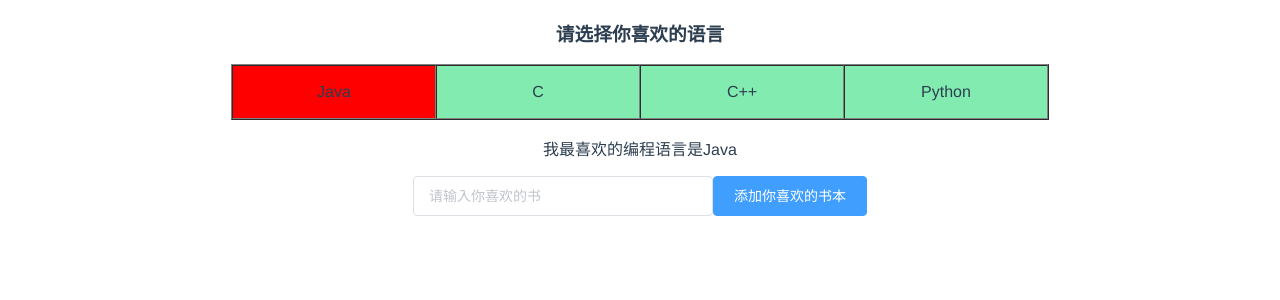
Repository: chang-meng-yun/vue_project
Page: /
These files come from the project's save history. The page is drawn as it stood at one moment and after the next save; the edit follows.
The browser window is 1280 px wide. The pictures show the whole page.
The project was rebuilt for these pictures with package versions that can differ from the ones it lists, and the page was loaded fresh each time. Also part of the build but not shown: vue.config.js, src/VBindStudy.vue, src/components/HelloWorld.vue, src/views/HomeView.vue.

Above is the page before, as saved 2024-06-27 10:49:31.

After the next save:
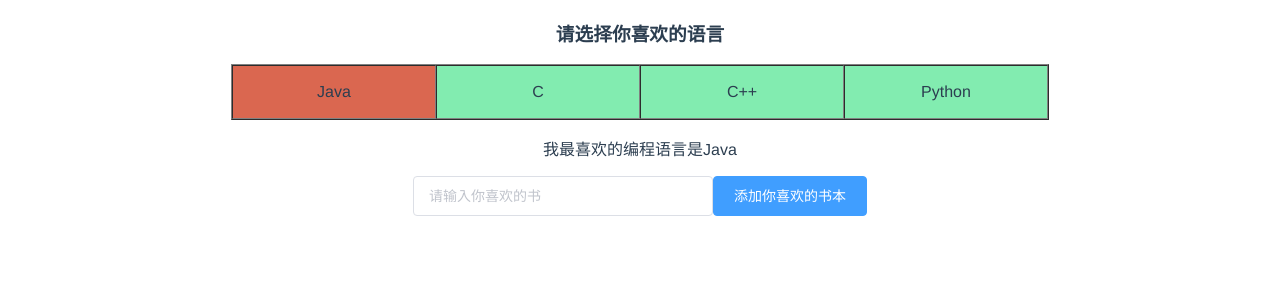
Saved 3 min 23 s later.
--- a/src/App.vue
+++ b/src/App.vue
@@ -13,13 +13,13 @@
   import VBindStudy from '@/VBindStudy'
   import HomeWork from '@/HomeWork'
     import reHome from './views/reHome.vue'
-    import Model from './views/Model.vue'
+    // import Model from './views/Model.vue'
   export default{
     components:{
         Hello,
         VBindStudy,
         HomeWork,
-        Model
+        // Model
     },
     data(){
       return{
